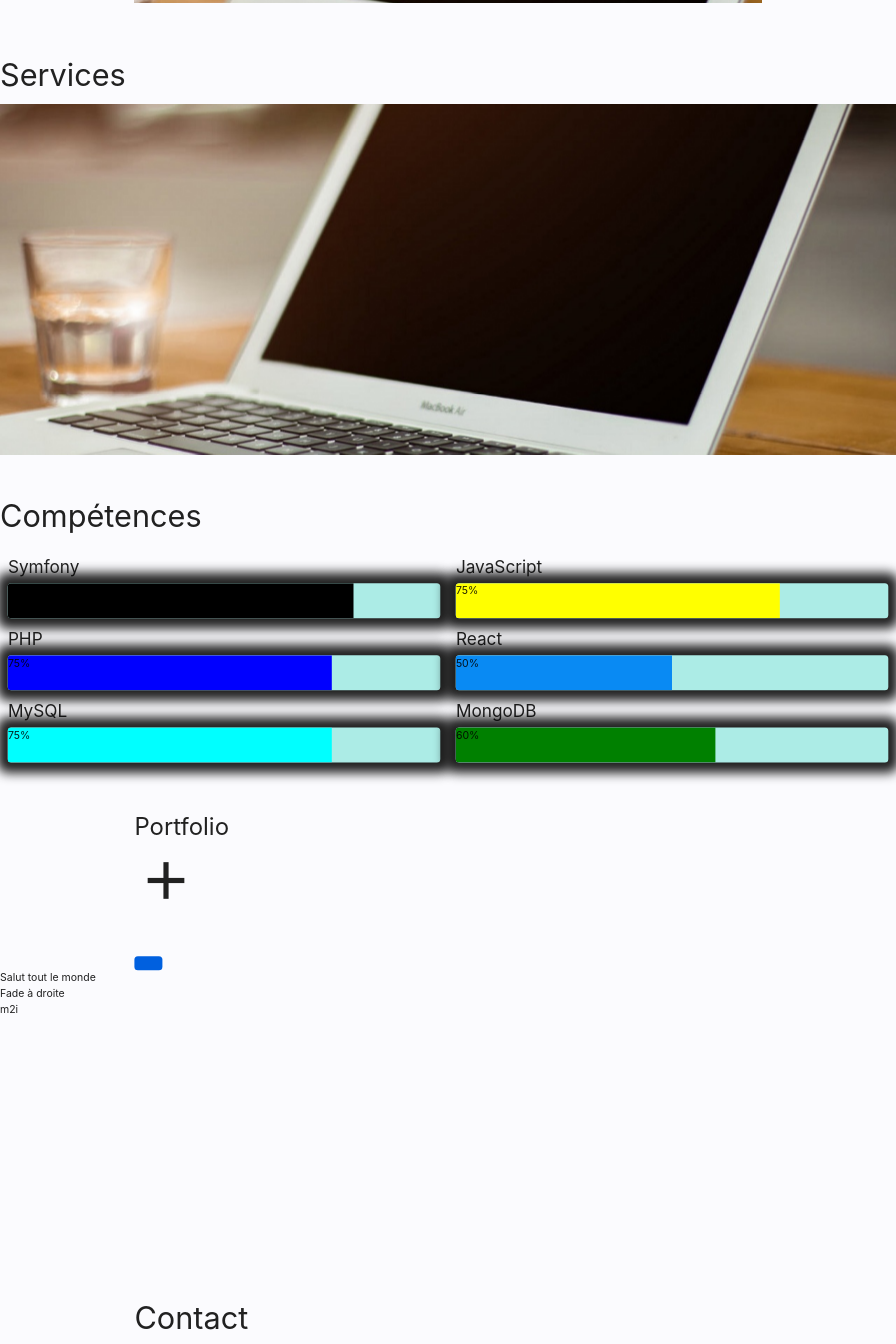
Repository: duncanidaho14/mavitrine
Page: index.html
These files come from the project's save history. The page is drawn as it stood at one moment and after the next save; the edit follows.
The browser window is 1280 px wide. The pictures show the part of the page from y = 1233 to 3153 px (the page is 4178 px tall), at 70% of full size.

Above is the page before, as saved 2021-06-15 19:47:56.

### index.html
<!DOCTYPE html>
<html lang="fr">
<head>
    <meta charset="UTF-8">
    <meta http-equiv="X-UA-Compatible" content="IE=edge">
    <meta name="viewport" content="width=device-width, initial-scale=1.0">
    <meta name="description" content="">
    <meta name="theme-color" content="#84db94">
    <!-- Compiled and minified CSS -->
    <link href="https://fonts.googleapis.com/icon?family=Material+Icons" rel="stylesheet">
    <link rel="stylesheet" href="https://cdnjs.cloudflare.com/ajax/libs/materialize/1.0.0/css/materialize.min.css">
    <link href="https://unpkg.com/aos@2.3.1/dist/aos.css" rel="stylesheet">
    <link rel="stylesheet" href="./assets/css/style.css">
    <title>Elhadi BEDDAREM</title>
</head>
<body>
<div class="inc">

    <header class="container-fluid">
        <div class="row">
            <nav class="navbar-fixed">
                <div class="nav-wrapper">
                    <a id="switch" onclick="toggleTheme()" class="waves-effect waves-light btn-large"><i class="material-icons">airplay</i></a>
                    <a href="#!" class="brand-logo">EB<i class="material-icons">cloud</i></a>
                    <ul class="right hide-on-med-and-down">
                        <li><a href="#services" class="sc"><i class="material-icons">search</i></a></li>
                        <li><a href="#competences"><i class="material-icons">view_module</i></a></li>
                        <li><a href="#parcours"><i class="material-icons">refresh</i></a></li>
                        <li><a href="#contact"><i class="material-icons">more_vert</i></a></li>
                    </ul>
                </div>
            </nav>
            <ul class="sidenav" id="mobile-demo">
                <li><a href="#quisuisje">Qui suis-je ?</a></li>
                <li><a href="#mestechno">Mes techno</a></li>
                <li><a href="#parcours">Parcours</a></li>
                <li><a href="#contact">Contact</a></li>
            </ul>
            <ul id="slide-out" class="sidenav">
                <li>
                    <div class="user-view">
                        <div class="background">
                            <img src="/assets/img/mysql.png" class="circle">
                        </div>
                        <a href="#user"><img class="circle" src="/assets/img/git.png"></a>
                        <a href="#name"><span class="black-text name">Elhadi Beddarem</span></a>
                        <a href="#email"><span class="black-text email">elhadibeddarem@gmail.com</span></a>
                    </div>
                </li>
                <li><a href="https://codeintheshell.fr" target="_blank"><i class="material-icons">cloud</i>Autre site : codeintheshell.fr</a></li>
                <li><a href="https://shtex.fr/">Autre site : shtex.fr</a></li>
                <li><a href="http://shtexworld.fr/">Autre site : shtexworld.fr</a></li>
                <li>
                    <div class="divider"></div>
                </li>
                <li><a class="subheader">séparateur</a></li>
                <li><a class="waves-effect" href="./assets/img/cvelhadi.pdf" download="cvelhadi"><i class="material-icons">cloud_download</i> CV Download</a></li>
            </ul>
            <a href="#" data-target="slide-out" class="sidenav-trigger"><i class="material-icons">menu</i></a>
        </div>
    </header>

    <section class="container">
        <article class="row">
            <h1 class="elhadi-title" data-aos="fade-right">Elhadi BEDDAREM</h1>
            <h2 data-aos="fade-left">Concepteur d'Application Web</h2>
            <div class="carousel" data-aos="zoom-in-left">
                <a class="carousel-item" href="#two!"><img src="./assets/img/react.png"></a>
                <a class="carousel-item" href="#one!"><img src="./assets/img/symfony.png"></a>
                <a class="carousel-item" href="#three!"><img src="./assets/img/mysql.png"></a>
                <a class="carousel-item" href="#four!"><img src="./assets/img/git.png"></a>
                <a class="carousel-item" href="#five!"><img src="./assets/img/javascript.png"></a>
            </div>

            <div class="parallax-container" data-aos="zoom-in-left">
                <div class="parallax">
                    <img src="./assets/img/ordinateur-de-bureau-pc.jpg" alt="ordinateur de bureau"/>
                </div>
            </div>
        </article>


    </section>

    <section class="container-fluid">
        <div id="services" class="section scrollspy"></div>
        <article class="row services">
            <h3>Services</h3>
            <div class="parallax-container" data-aos="zoom-in-right">
                <div class="parallax">
                    <img src="./assets/img/ordinateur-de-bureau-pc.jpg" alt="ordinateur de bureau"/>
                </div>
            </div>
        </article>
    </section>

    <section class="container-fluid section scrollspy" data-aos="fade-up" id="competences">
        <article class="row competences">
            <h3>Compétences</h3>

                <div class="col s6 ">
                    <h5 class="title-five">Symfony</h5>
                    <div class="progress bar">
                        <div class="determinate symfony" data-done="80">80%</div>
                    </div>

                    <h5 class="title-five">PHP</h5>
                    <div class="progress bar">
                        <div class="determinate php" data-done="75">75%</div>
                    </div>
                    <h5 class="title-five">MySQL</h5>
                    <div class="progress bar">
                        <div class="determinate mysql" data-done="75">75%</div>
                    </div>
                </div>
                <div class="col s6">
                    <h5 class="title-five">JavaScript</h5>
                    <div class="progress bar">
                        <div class="determinate javascript" data-done="75">75%</div>
                    </div>
                    <h5 class="title-five">React</h5>
                    <div class="progress bar">
                        <div class="determinate react" data-done="50">50%</div>
                    </div>
                    <h5 class="title-five">MongoDB</h5>
                    <div class="progress bar">
                        <div class="determinate mongodb" data-done="60">60%</div>
                    </div>
                </div>
        </article>

    </section>

    <aside class="container">
        <article class="row">
            <h4>Portfolio</h4>
            <p><i class="material-icons large">add</i></p>
            <div id="search" class="section scrollspy"></div>
        </article>
        <button></button>
    </aside>




<div data-aos="fade-up">Salut tout le monde</div>



<div data-aos="fade-right">Fade à droite</div>


<div class="fadeup" data-aos="fade-up"
    data-aos-anchor-placement="top-center">
        m2i
</div>
<section class="container">
    <article class="row">
        <h3>Contact</h3>
        <form action="./contact.php" method="POST">
            <input type="text" class="input-group-text" placeholder="nom">
            <input type="email" class="input-group-text" placeholder="email">
            <a class="waves-effect waves-light btn"><i class="material-icons right">cloud</i>Envoyer</a>        </form>

    </article>
</section>

    <footer>
        <p>
                En 2016, un ami m'a mis le pied à l'étriller en me montrant PHP et MySQL.
                Alors je me suis formé au joie du code et m'orienté dans le domaine du web.
                J'ai commencé à suivre des formations sur des plateformes gratuites telle que youtube, freecodecamp
                mais aussi payantes telle que udemy.
            </p>
            <p>En 2017, j'ai travaillé chez FTL Express, une société chinoise de livraison de colis.
                Nous avions pour projet une application d'impression de timbres postaux.
                Le but étant de facilité l'envoie de colis postaux vers la chine pour les personnes chinoises vivant en France. Ceux là leur simplifie  la vie puisqu'il n'ont pas
                à faire la queue à la poste pour l'envoie de leur colis.
                Coté front nous avons utilisé Vue JS et coté back Java. En temps que développeur front-end je suis responsable de la qualité de mon code<br>
                - Migration Vue 2.* et Int8 de l'application<br>
                - Implémentationde fonctionnalité d’importation de CSV
                - Test Unitaire et fonctionnel.<br>
                et de PDF<br>
                <span>Environnement technique: Vue JS, Node JS, Express,
                Element io, Chai, Mocha, SCRUM.</span>
            </p>

            <p>En 2018, j'ai travaillé pour la société Azzerisk Advantage basée à saint Mandé. AZZERISK Advantage est un cabinet indépendant et international proposant
            des solutions complètes en risk management. <br>
                    -         Installation de Cassandra sous windows 10<br>
                    -         Ajout de nouvelles règles de gestion<br>
                    -         Stockage en base de données NoSQL (Cassandra)<br>
                    -         Maintenance évolutive et corrective sur un logiciel de comparaison de stratégie de risk. <br>
                    -         Mise en forme de l’application grâce au flexbox<br>
                    Environnement technique : AngularJS, Oracle, Cassandra, REST, Elasticsearch
            </p>

            <p>En 2019, J'ai travaillé sur des projets personnels : <br>
                <a href="https://shtex.fr" target="_blank">https://shtex.fr</a> est un site en React JS. C'est une SPA connecté à une API REST (the MovieDB). <br>
                <a href="http://shtexworld.fr" target="_blank">https://shtexworld.fr</a> est un site en javascript. Le jeu Snake pour les amateurs ;)<br>
                <a href="http://shtexworld.com"target="_blank" >https://shtexworld.com</a> est un site en React JS. il permet de voir la valeur de la monnaie par rapport au dollar.<br>
            J'ai lu le livre "tête la première dans les design pattern" écrit par Eric Freeman.
            </p>

            <p>En 2020, Développeur fullstack d'une application de calcul du nutriscore avec une solution Symfony 4.3 (twig) :
                <br>
                <a href="https://www.coopin.io/coopincook" target="_blank" rel="noopener noreferrer">https://www.coopin.io/coopincook</a>
                <br>
                <a href="https://cook.readyplayerweb.com/" target="_blank" rel="noopener noreferrer">https://cook.readyplayerweb.com/</a>
                <br>
                Web Scrapping en php de recette de cuisine. Site cuisine AZ, Marmitton, journal des femmes. <br>
                Implémentation de différentes fonctionnalité comme facebook login, facebook share, google sign-in...
                dans le projet symfony.<br>
                Inscription à l'app, connexion à l'app. envoie de mail avec swiftmailer... <br>
                Importation de CSV dans la base de données grâce à une connexion ssh et scp. <br>
                Installation du bundle webpack encore...<br>
                Ecriture de doc technique...<br>
                Site Wordpress avec Elementor.io
            </p>
            <p>
                cours udemy :
                cours d'algo avec matthieu Gaston
                    - algo de tri
                    -
                Octobre 2020<br>
                cours js<br>
                requete HTTP <br>
                function asynchrone<br>
                cours web component HTML5
            </p>
        <div id="footer">
            <p>je fais des macro sur wow</p>
        </div>
    </footer>

</div>

    <!-- Compiled and minified JavaScript -->
    <script src="https://cdnjs.cloudflare.com/ajax/libs/jquery/3.6.0/jquery.js"></script>
    <script src="https://unpkg.com/@popperjs/core@2"></script>
    <script src="https://cdnjs.cloudflare.com/ajax/libs/materialize/1.0.0/js/materialize.min.js"></script>
    <script src="https://unpkg.com/aos@2.3.1/dist/aos.js"></script>
    <script src="./assets/js/index.js"></script>
    <script>
        AOS.init();
    </script>
</body>
</html>

### assets/css/style.css
@font-face {
    font-family: "aladin-v8-latin-regular";
    src:    url("/assets/static/aladin-v8-latin-regular.woff2") format("woff2"),
            url("/assets/static/aladin-v8-latin-regular.woff") format("woff");
}

.theme-light {
    --color-primary: #0060df;
    --color-secondary: #fbfbfe;
    --color-accent: #fd6f53;
    --color-info: #ff9f41;
    --color-prud: #ffcb99;
    --font-color: #000000;
}

.theme-dark {
    --color-primary: #17ed90;
    --color-secondary: #2e6770;
    --color-third: #ff9f41;
    --color-accent: #12cdea;
    --color-info: #00ffff;
    --color-prud: #730100;
    --font-color: #ffffff;
}



* {
    margin: 0;
    padding: 0;
    box-sizing: border-box;
}

html, body {
    scroll-behavior: smooth;
}

.navbar-fixed {
    margin-top: -80px;
    position: fixed;
    z-index: 999;
    background-color: #0060df;
}

a .sidenav-trigger {
    position: relative;
    margin-top: 140px;
    width: 40px;
    height: 40px;
    z-index: 9999;
}

header.container-fluid {
    margin-top: 80px;
    height: auto;
}

.up {
    background-color: bisque;
}

.fadeup {
    width: 200px;
    height: 400px;
}

.inc {

    background: var(--color-secondary);

}

.inc h1 {
    color: var(--font-color);
}

.inc button {
    width: 10px;
    height: 20px;
    color: var(--font-color);
    background: var(--color-primary);
    padding: 10px 20px;
    border: 0;
    border-radius: 5px;
}

#switch {
    background-color: rgba(128, 0, 49, .2);
    top: -5px;
}

.elhadi-title {
    color: #000000;

}

.determinate {
    position: absolute;
}


div.progress.bar {
    height: 50px;
    border-radius: 5px 5px 5px 5px;
    box-shadow: 0px 0px 15px 15px;
}
div.determinate.symfony {
    background-color: #000000;

    height: 50px;
}

.progress>.determinate.symfony {

    width: 0%;
}

.progress>.determinate.react {
    background-color: rgb(9, 138, 243);
}

.progress>.determinate.mysql {
    background-color: aqua;

}

.progress>.determinate.php {
    background-color: blue;
}

.progress>.determinate.javascript {
    background-color: yellow;
}

.progress>.determinate.mongodb {
    background-color: green;
}

### assets/js/index.js
$(document).ready(function(){
    $(".dropdown-trigger").dropdown();
    $('.sidenav').sidenav();
    $('.carousel').carousel();
    $('.parallax').parallax();
    $('.scrollspy').scrollSpy();
});


let competences = document.querySelector(".competences");
let progress = document.querySelectorAll(".progress");
let determinate = document.querySelectorAll(".determinate");
const symfony = document.querySelector('.determinate.symfony');
const react = document.querySelector(".determinate.react");
const mysql = document.querySelector(".determinate.mysql");
const php = document.querySelector(".determinate.php");
const javascript = document.querySelector(".determinate.javascript");
const mongodb = document.querySelector(".determinate.mongodb");
const progressbar = document.querySelector(".progress.bar");

window.addEventListener('scroll', () => {

    if (window.scrollY > 650) {
        competences.classList.add('up');
        setTimeout(() => {
            symfony.style.width = symfony.getAttribute('data-done') + '%';
            php.style.width = php.getAttribute('data-done') + '%';
            mysql.style.width = mysql.getAttribute('data-done') + '%';
            javascript.style.width = javascript.getAttribute('data-done') + '%';
            react.style.width = react.getAttribute('data-done') + '%';
            mongodb.style.width = mongodb.getAttribute('data-done') + '%';
        }, 3500);
    }else {
        competences.classList.remove('up');
    }
});

/**
 * Permet d'afficher l'onglet d'une couleur différente
 * Ne marche que sur chrome Android
 * @returns Color
 */
function getRandomRGBValue() {
    return Math.min(Math.floor(Math.random() * 255 + 1), 255);
}

function getRandomColor() {
    var r = getRandomRGBValue(),
        g = getRandomRGBValue(),
        b = getRandomRGBValue();
    return "#" + (((1 << 24) + (r << 16) + (g << 8) + b).toString(16).slice(1));
}

function changeThemeColor() {
    var metaThemeColor = document.querySelector("meta[name=theme-color]");
    metaThemeColor.setAttribute("content", getRandomColor());
    setTimeout(function () {
        changeThemeColor();
    }, 3000);
}

changeThemeColor();


// function to set a given theme/color-scheme
function setTheme(themeName) {
    localStorage.setItem('theme', themeName);
    document.documentElement.className = themeName;
}
// function to toggle between light and dark theme
function toggleTheme() {
    if (localStorage.getItem('theme') === 'theme-dark') {
        setTheme('theme-light');
    } else {
        setTheme('theme-dark');
    }
}
// Immediately invoked function to set the theme on initial load
(function () {
    if (localStorage.getItem('theme') === 'theme-dark') {
        setTheme('theme-dark');
    } else {
        setTheme('theme-light');
    }
})();

After the next save:
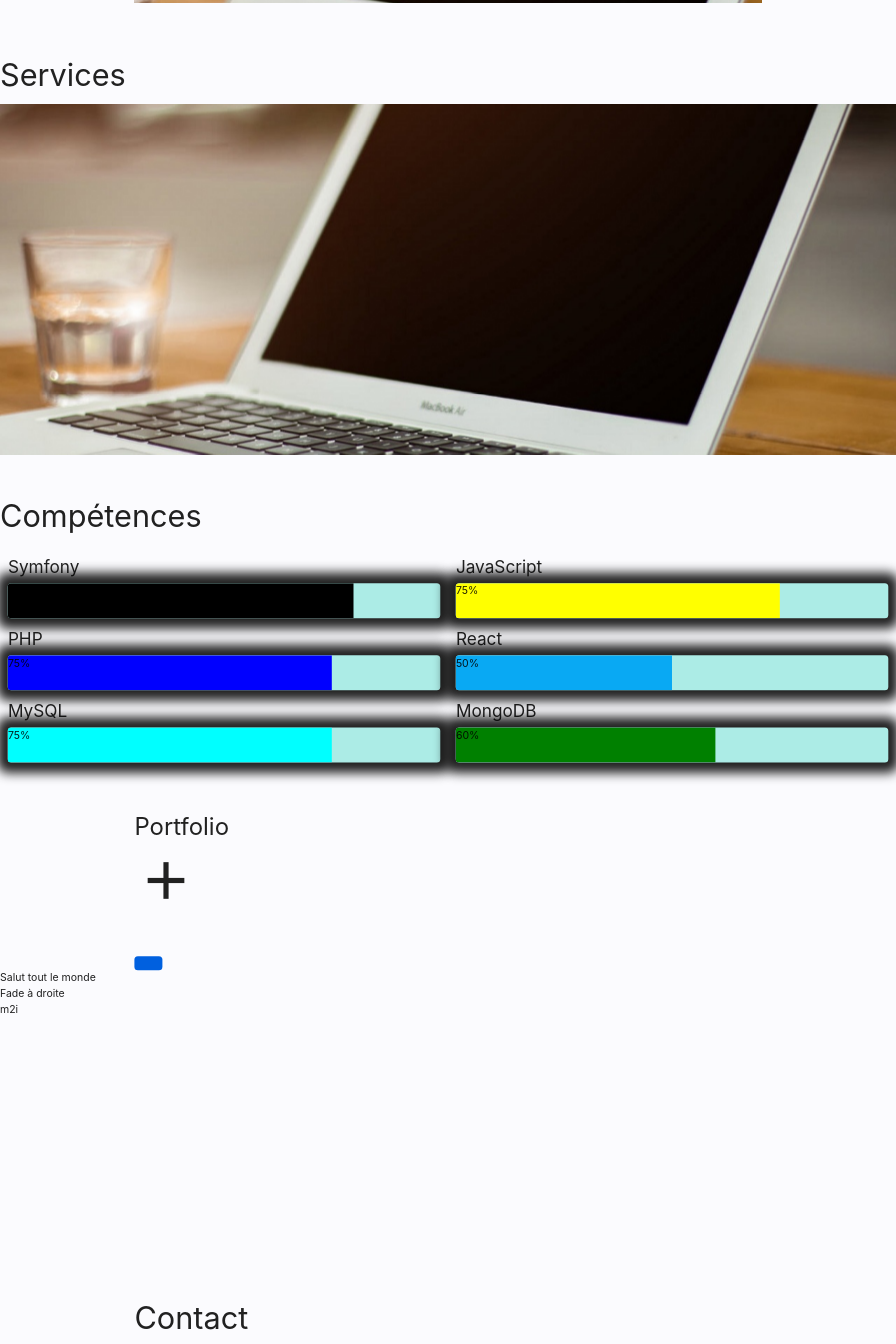
Saved 4 s later.
--- a/assets/css/style.css
+++ b/assets/css/style.css
@@ -116,7 +116,7 @@
 }
 
 .progress>.determinate.react {
-    background-color: rgb(9, 138, 243);
+    background-color: rgb(9, 169, 243);
 }
 
 .progress>.determinate.mysql {
